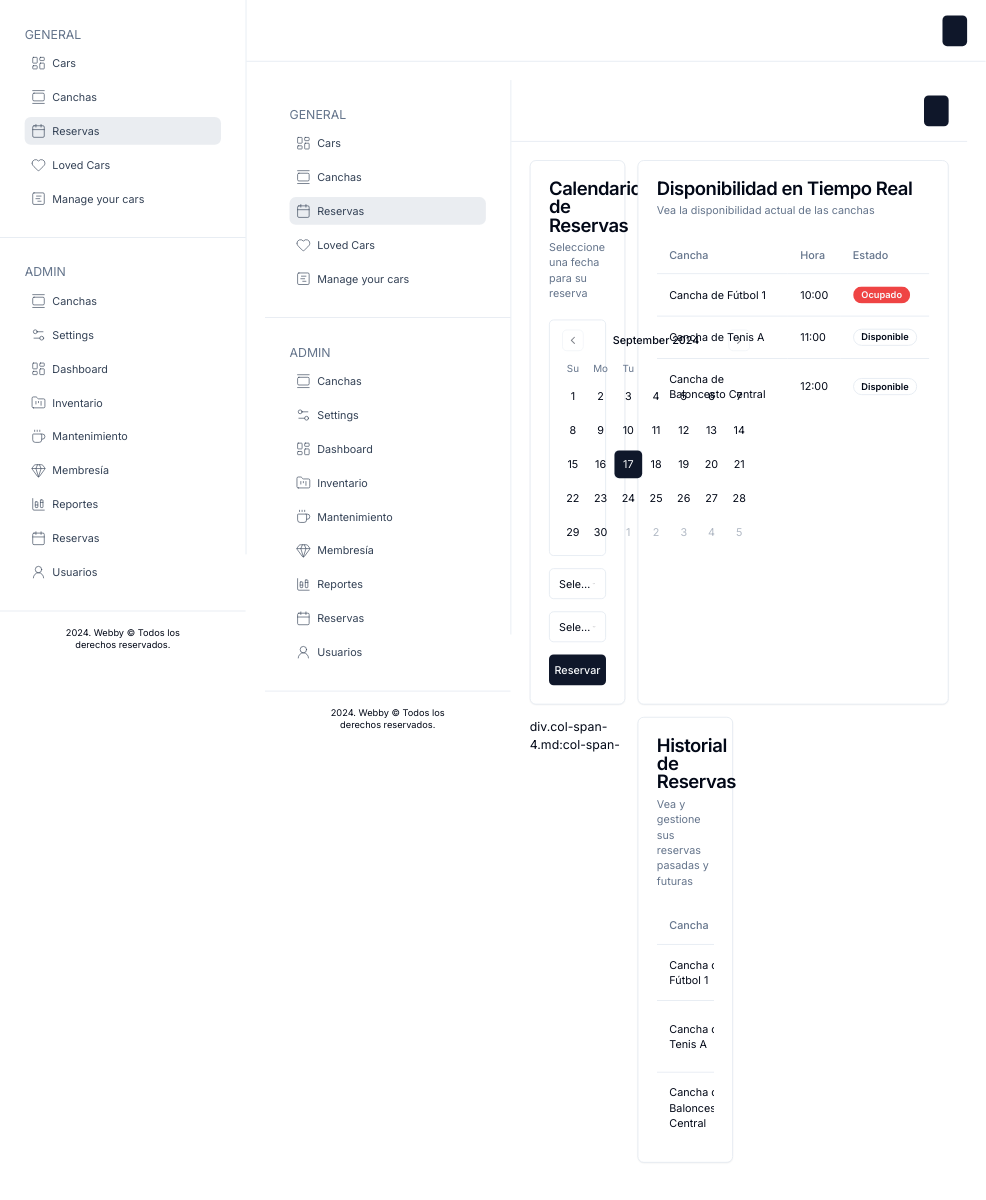
Repository: Jackson-sch/cdeporte
Page: /reservas
An editor plug-in stored every save of this project. The page is shown before and after a run of saves, followed by the edit.
The browser window is 1280 px wide. The pictures show the whole page, at 77% of full size.
The project was rebuilt for these pictures with package versions that can differ from the ones it lists, and the page was loaded fresh each time. The framework's server and built-in components were replaced by stand-ins that run in the browser. Also part of the build but not shown: next.config.mjs, src/components/ui/label.jsx, src/components/ui/input.jsx, src/components/Reservas/HistorialReserva.jsx.

Above is the page before, as saved 2024-09-17 20:10:46.

### src/app/layout.jsx
import { Inter } from "next/font/google";
import "./globals.css";
import { Toaster } from "@/components/ui/toaster";

const inter = Inter({ subsets: ["latin"] });

export const metadata = {
  title: "Create Next App",
  description: "Generated by create next app",
};

export default function RootLayout({ children }) {
  return (
    <html lang="en">
      <body className={inter.className}>
        {children}
        <Toaster />
        </body>
    </html>
  );
}

### src/app/(routes)/layout.jsx
import { NavbarDashboard } from "@/components/NavbarDashboard/NavbarDashboard";
import { Sidebar } from "@/components/Sidebar/Sidebar";




export default function LayoutDashboard({ children }) {
  return (
    <div className="flex w-full h-full">
      <div className="hidden h-full xl:block w-80 xl:fixed">
        <Sidebar />
      </div>
      <div className="w-full h-full xl:ml-80">
        <NavbarDashboard />
        <div className="p-6 h-max container">{children}</div>
      </div>
    </div>
  );
}

### src/app/(routes)/(cliente)/layout.jsx
import { NavbarDashboard } from "@/components/NavbarDashboard/NavbarDashboard";
import { Sidebar } from "@/components/Sidebar/Sidebar";




export default function LayoutDashboard({ children }) {
  return (
    <div className="flex w-full h-full">
      <div className="hidden h-full xl:block w-80 xl:fixed">
        <Sidebar />
      </div>
      <div className="w-full h-full xl:ml-80">
        <NavbarDashboard />
        <div className="p-6 h-max container">{children}</div>
      </div>
    </div>
  );
}

### src/app/(routes)/(cliente)/reservas/page.jsx
"use client";
import React, { useState } from "react";
import { Calendar } from "@/components/ui/calendar";
import {
  Card,
  CardHeader,
  CardTitle,
  CardDescription,
  CardContent,
} from "@/components/ui/card";
import {
  Select,
  SelectTrigger,
  SelectValue,
  SelectContent,
  SelectItem,
} from "@/components/ui/select";
import { Button } from "@/components/ui/button";
import {
  Dialog,
  DialogTrigger,
  DialogContent,
  DialogHeader,
  DialogTitle,
  DialogDescription,
  DialogFooter,
} from "@/components/ui/dialog";
import { Label } from "@/components/ui/label";
import { Input } from "@/components/ui/input";
import RealTimeAvailability from "@/components/Reservas/RealTimeAvailability";
import HistorialReservas from "@/components/Reservas/HistorialReserva";
import ReservationHistory from "@/components/Reservas/ReservationHistory";

export default function ReservationCalendar() {
  const [date, setDate] = useState(new Date());
  const [selectedCourt, setSelectedCourt] = useState("");
  const [selectedTime, setSelectedTime] = useState("");
  const [isDialogOpen, setIsDialogOpen] = useState(false);

  const courts = [
    "Cancha de Fútbol 1",
    "Cancha de Tenis A",
    "Cancha de Baloncesto Central",
  ];
  const times = [
    "09:00",
    "10:00",
    "11:00",
    "12:00",
    "13:00",
    "14:00",
    "15:00",
    "16:00",
    "17:00",
    "18:00",
  ];

  const handleReservation = () => {
    console.log("Reserva realizada:", { date, selectedCourt, selectedTime });
    setIsDialogOpen(false);
    // Aquí iría la lógica para enviar la reserva al servidor
  };

  return (
    <div className="grid grid-cols-1 md:grid-cols-2 lg:grid-cols-4 gap-4">
      <div className="col-span-4 md:col-span-1">
        <Card className="w-full">
          <CardHeader>
            <CardTitle>Calendario de Reservas</CardTitle>
            <CardDescription>
              Seleccione una fecha para su reserva
            </CardDescription>
          </CardHeader>
          <CardContent>
            <Calendar
              mode="single"
              selected={date}
              onSelect={setDate}
              className="rounded-md border"
            />
            <div className="mt-4">
              <Select onValueChange={setSelectedCourt}>
                <SelectTrigger>
                  <SelectValue placeholder="Seleccione una cancha" />
                </SelectTrigger>
                <SelectContent>
                  {courts.map((court) => (
                    <SelectItem key={court} value={court}>
                      {court}
                    </SelectItem>
                  ))}
                </SelectContent>
              </Select>
            </div>
            <div className="mt-4">
              <Select onValueChange={setSelectedTime}>
                <SelectTrigger>
                  <SelectValue placeholder="Seleccione una hora" />
                </SelectTrigger>
                <SelectContent>
                  {times.map((time) => (
                    <SelectItem key={time} value={time}>
                      {time}
                    </SelectItem>
                  ))}
                </SelectContent>
              </Select>
            </div>
            <Dialog open={isDialogOpen} onOpenChange={setIsDialogOpen}>
              <DialogTrigger asChild>
                <Button className="mt-4 w-full">Reservar</Button>
              </DialogTrigger>
              <DialogContent>
                <DialogHeader>
                  <DialogTitle>Confirmar Reserva</DialogTitle>
                  <DialogDescription>
                    ¿Está seguro que desea realizar esta reserva?
                  </DialogDescription>
                </DialogHeader>
                <div className="grid gap-4 py-4">
                  <div className="grid grid-cols-4 items-center gap-4">
                    <Label htmlFor="date" className="text-right">
                      Fecha
                    </Label>
                    <Input
                      id="date"
                      value={date.toLocaleDateString()}
                      className="col-span-3"
                      readOnly
                    />
                  </div>
                  <div className="grid grid-cols-4 items-center gap-4">
                    <Label htmlFor="court" className="text-right">
                      Cancha
                    </Label>
                    <Input
                      id="court"
                      value={selectedCourt}
                      className="col-span-3"
                      readOnly
                    />
                  </div>
                  <div className="grid grid-cols-4 items-center gap-4">
                    <Label htmlFor="time" className="text-right">
                      Hora
                    </Label>
                    <Input
                      id="time"
                      value={selectedTime}
                      className="col-span-3"
                      readOnly
                    />
                  </div>
                </div>
                <DialogFooter>
                  <Button onClick={handleReservation}>Confirmar Reserva</Button>
                </DialogFooter>
              </DialogContent>
            </Dialog>
          </CardContent>
        </Card>
      </div>
      <div className="col-span-4 md:col-span-3">
        <RealTimeAvailability />
      </div>
      div.col-span-4.md:col-span-
      <ReservationHistory />
    </div>
  );
}

### src/components/ui/toaster.jsx
"use client"

import {
  Toast,
  ToastClose,
  ToastDescription,
  ToastProvider,
  ToastTitle,
  ToastViewport,
} from "@/components/ui/toast"
import { useToast } from "@/components/ui/use-toast"

export function Toaster() {
  const { toasts } = useToast()

  return (
    (<ToastProvider>
      {toasts.map(function ({ id, title, description, action, ...props }) {
        return (
          (<Toast key={id} {...props}>
            <div className="grid gap-1">
              {title && <ToastTitle>{title}</ToastTitle>}
              {description && (
                <ToastDescription>{description}</ToastDescription>
              )}
            </div>
            {action}
            <ToastClose />
          </Toast>)
        );
      })}
      <ToastViewport />
    </ToastProvider>)
  );
}

### src/components/NavbarDashboard/NavbarDashboard.jsx
import { Sheet, SheetContent, SheetTrigger } from "@/components/ui/sheet";
import {Button } from "@/components/ui/button";
import { Menu } from "lucide-react";
import { SidebarRoutes } from "../SidebarRoutes/SidebarRoutes";



export function NavbarDashboard() {
  return (
    <nav className="flex items-center justify-between w-full h-20 px-2 border-b gap-x-4 md:px-6 bg-background">
      <div className="block xl:hidden">
        <Sheet>
          <SheetTrigger className="flex items-center">
            <Menu />
          </SheetTrigger>
          <SheetContent side="left">
            <SidebarRoutes />
          </SheetContent>
        </Sheet>
      </div>
      <div className="flex items-center justify-end w-full gap-x-2">
        <Button />
      </div>
    </nav>
  );
}

### src/components/Sidebar/Sidebar.jsx
import { SidebarRoutes } from "../SidebarRoutes/SidebarRoutes";


export function Sidebar() {
  return (
    <div className="h-screen">
      <div className="flex flex-col h-full border-r">
        <SidebarRoutes />
      </div>
    </div>
  );
}

### src/components/ui/card.jsx
import * as React from "react"

import { cn } from "@/lib/utils"

const Card = React.forwardRef(({ className, ...props }, ref) => (
  <div
    ref={ref}
    className={cn("rounded-lg border bg-card text-card-foreground shadow-sm", className)}
    {...props} />
))
Card.displayName = "Card"

const CardHeader = React.forwardRef(({ className, ...props }, ref) => (
  <div
    ref={ref}
    className={cn("flex flex-col space-y-1.5 p-6", className)}
    {...props} />
))
CardHeader.displayName = "CardHeader"

const CardTitle = React.forwardRef(({ className, ...props }, ref) => (
  <h3
    ref={ref}
    className={cn("text-2xl font-semibold leading-none tracking-tight", className)}
    {...props} />
))
CardTitle.displayName = "CardTitle"

const CardDescription = React.forwardRef(({ className, ...props }, ref) => (
  <p
    ref={ref}
    className={cn("text-sm text-muted-foreground", className)}
    {...props} />
))
CardDescription.displayName = "CardDescription"

const CardContent = React.forwardRef(({ className, ...props }, ref) => (
  <div ref={ref} className={cn("p-6 pt-0", className)} {...props} />
))
CardContent.displayName = "CardContent"

const CardFooter = React.forwardRef(({ className, ...props }, ref) => (
  <div
    ref={ref}
    className={cn("flex items-center p-6 pt-0", className)}
    {...props} />
))
CardFooter.displayName = "CardFooter"

export { Card, CardHeader, CardFooter, CardTitle, CardDescription, CardContent }

### src/components/ui/button.jsx
import * as React from "react"
import { Slot } from "@radix-ui/react-slot"
import { cva } from "class-variance-authority";

import { cn } from "@/lib/utils"

const buttonVariants = cva(
  "inline-flex items-center justify-center whitespace-nowrap rounded-md text-sm font-medium ring-offset-background transition-colors focus-visible:outline-none focus-visible:ring-2 focus-visible:ring-ring focus-visible:ring-offset-2 disabled:pointer-events-none disabled:opacity-50",
  {
    variants: {
      variant: {
        default: "bg-primary text-primary-foreground hover:bg-primary/90",
        destructive:
          "bg-destructive text-destructive-foreground hover:bg-destructive/90",
        outline:
          "border border-input bg-background hover:bg-accent hover:text-accent-foreground",
        secondary:
          "bg-secondary text-secondary-foreground hover:bg-secondary/80",
        ghost: "hover:bg-accent hover:text-accent-foreground",
        link: "text-primary underline-offset-4 hover:underline",
      },
      size: {
        default: "h-10 px-4 py-2",
        sm: "h-9 rounded-md px-3",
        lg: "h-11 rounded-md px-8",
        icon: "h-10 w-10",
      },
    },
    defaultVariants: {
      variant: "default",
      size: "default",
    },
  }
)

const Button = React.forwardRef(({ className, variant, size, asChild = false, ...props }, ref) => {
  const Comp = asChild ? Slot : "button"
  return (
    (<Comp
      className={cn(buttonVariants({ variant, size, className }))}
      ref={ref}
      {...props} />)
  );
})
Button.displayName = "Button"

export { Button, buttonVariants }

### src/components/Reservas/RealTimeAvailability.jsx
'use client'
import React, { useState, useEffect } from 'react'
import { Card, CardHeader, CardTitle, CardDescription, CardContent } from "@/components/ui/card"
import { Table, TableBody, TableCell, TableHead, TableHeader, TableRow } from "@/components/ui/table"
import { Badge } from "@/components/ui/badge"

export default function RealTimeAvailability() {
  const [availability, setAvailability] = useState([])

  useEffect(() => {
    // Simulación de actualización en tiempo real
    const interval = setInterval(() => {
      const newAvailability = [
        { id: 1, court: "Cancha de Fútbol 1", time: "10:00", status: Math.random() > 0.5 ? "Disponible" : "Ocupado" },
        { id: 2, court: "Cancha de Tenis A", time: "11:00", status: Math.random() > 0.5 ? "Disponible" : "Ocupado" },
        { id: 3, court: "Cancha de Baloncesto Central", time: "12:00", status: Math.random() > 0.5 ? "Disponible" : "Ocupado" },
      ]
      setAvailability(newAvailability)
    }, 5000) // Actualiza cada 5 segundos

    return () => clearInterval(interval)
  }, [])

  return (
    <Card className="w-full h-full">
      <CardHeader>
        <CardTitle>Disponibilidad en Tiempo Real</CardTitle>
        <CardDescription>Vea la disponibilidad actual de las canchas</CardDescription>
      </CardHeader>
      <CardContent>
        <Table>
          <TableHeader>
            <TableRow>
              <TableHead>Cancha</TableHead>
              <TableHead>Hora</TableHead>
              <TableHead>Estado</TableHead>
            </TableRow>
          </TableHeader>
          <TableBody>
            {availability.map((item) => (
              <TableRow key={item.id}>
                <TableCell>{item.court}</TableCell>
                <TableCell>{item.time}</TableCell>
                <TableCell>
                  <Badge variant={item.status === "Disponible" ? "success" : "destructive"}>
                    {item.status}
                  </Badge>
                </TableCell>
              </TableRow>
            ))}
          </TableBody>
        </Table>
      </CardContent>
    </Card>
  )
}

### src/components/SidebarRoutes/SidebarRoutes.jsx
"use client";

import { Separator } from "@/components/ui/separator";
import { dataAdminSidebar, dataGeneralSidebar } from "./SidebarRoute.data";
import { SidebarItem } from "./SidebarItem/SidebarItem";



export function SidebarRoutes() {

  return (
    <div className="flex flex-col justify-between h-full">
      <div>
        <div className="p-4 md:p-8">
          <p className="mb-2 text-slate-500">GENERAL</p>
          {dataGeneralSidebar.map((item) => (
            <SidebarItem key={item.label} item={item} />
          ))}
        </div>

        <Separator />

          <div className="p-4 md:p-8">
            <p className="mb-2 text-slate-500">ADMIN</p>
            {dataAdminSidebar.map((item) => (
              <SidebarItem key={item.label} item={item} />
            ))}
          </div>
      </div>

      <div>
        <Separator />

        <footer className="px-6 py-2 mt-3 text-center text-xs text-pretty">
          2024. Webby © Todos los derechos reservados.
        </footer>
      </div>
    </div>
  );
}

### src/components/ui/table.jsx
import * as React from "react"

import { cn } from "@/lib/utils"

const Table = React.forwardRef(({ className, ...props }, ref) => (
  <div className="relative w-full overflow-auto">
    <table
      ref={ref}
      className={cn("w-full caption-bottom text-sm", className)}
      {...props} />
  </div>
))
Table.displayName = "Table"

const TableHeader = React.forwardRef(({ className, ...props }, ref) => (
  <thead ref={ref} className={cn("[&_tr]:border-b", className)} {...props} />
))
TableHeader.displayName = "TableHeader"

const TableBody = React.forwardRef(({ className, ...props }, ref) => (
  <tbody
    ref={ref}
    className={cn("[&_tr:last-child]:border-0", className)}
    {...props} />
))
TableBody.displayName = "TableBody"

const TableFooter = React.forwardRef(({ className, ...props }, ref) => (
  <tfoot
    ref={ref}
    className={cn("border-t bg-muted/50 font-medium [&>tr]:last:border-b-0", className)}
    {...props} />
))
TableFooter.displayName = "TableFooter"

const TableRow = React.forwardRef(({ className, ...props }, ref) => (
  <tr
    ref={ref}
    className={cn(
      "border-b transition-colors hover:bg-muted/50 data-[state=selected]:bg-muted",
      className
    )}
    {...props} />
))
TableRow.displayName = "TableRow"

const TableHead = React.forwardRef(({ className, ...props }, ref) => (
  <th
    ref={ref}
    className={cn(
      "h-12 px-4 text-left align-middle font-medium text-muted-foreground [&:has([role=checkbox])]:pr-0",
      className
    )}
    {...props} />
))
TableHead.displayName = "TableHead"

const TableCell = React.forwardRef(({ className, ...props }, ref) => (
  <td
    ref={ref}
    className={cn("p-4 align-middle [&:has([role=checkbox])]:pr-0", className)}
    {...props} />
))
TableCell.displayName = "TableCell"

const TableCaption = React.forwardRef(({ className, ...props }, ref) => (
  <caption
    ref={ref}
    className={cn("mt-4 text-sm text-muted-foreground", className)}
    {...props} />
))
TableCaption.displayName = "TableCaption"

export {
  Table,
  TableHeader,
  TableBody,
  TableFooter,
  TableHead,
  TableRow,
  TableCell,
  TableCaption,
}

### src/components/ui/badge.jsx
import * as React from "react"
import { cva } from "class-variance-authority";

import { cn } from "@/lib/utils"

const badgeVariants = cva(
  "inline-flex items-center rounded-full border px-2.5 py-0.5 text-xs font-semibold transition-colors focus:outline-none focus:ring-2 focus:ring-ring focus:ring-offset-2",
  {
    variants: {
      variant: {
        default:
          "border-transparent bg-primary text-primary-foreground hover:bg-primary/80",
        secondary:
          "border-transparent bg-secondary text-secondary-foreground hover:bg-secondary/80",
        destructive:
          "border-transparent bg-destructive text-destructive-foreground hover:bg-destructive/80",
        outline: "text-foreground",
      },
    },
    defaultVariants: {
      variant: "default",
    },
  }
)

function Badge({
  className,
  variant,
  ...props
}) {
  return (<div className={cn(badgeVariants({ variant }), className)} {...props} />);
}

export { Badge, badgeVariants }

### src/components/SidebarRoutes/SidebarRoute.data.jsx
import {
  Calendar,
  Car,
  ChartColumnStacked,
  Coffee,
  FolderKanban,
  GalleryVertical,
  Gem,
  Heart,
  LayoutDashboard,
  Settings2,
  SquareGanttChart,
  User2,
} from "lucide-react";

export const dataGeneralSidebar = [
  {
    icon: LayoutDashboard,
    label: "Cars",
    href: "/dashboard",
  },
  {
    icon: GalleryVertical,
    label: "Canchas",
    href: "/canchas",
  },
  {
    icon: Calendar,
    label: "Reservas",
    href: "/reservas",
  },
  {
    icon: Heart,
    label: "Loved Cars",
    href: "/loved-cars",
  },
  {
    icon: SquareGanttChart,
    label: "Manage your cars",
    href: "/canchitas",
  },
];

export const dataAdminSidebar = [
  {
    icon: GalleryVertical,
    label: "Canchas",
    href: "/admin/canchas",
  },
  {
    icon: Settings2,
    label: "Settings",
    href: "/admin/configuracion",
  },
  {
    icon: LayoutDashboard,
    label: "Dashboard",
    href: "/admin/dashboard",
  },
  {
    icon: FolderKanban,
    label: "Inventario",
    href: "/admin/inventario",
  },
  {
    icon: Coffee,
    label: "Mantenimiento",
    href: "/admin/mantenimiento",
  },
  {
    icon: Gem,
    label: "Membresía",
    href: "/admin/membresia",
  },
  {
    icon: ChartColumnStacked,
    label: "Reportes",
    href: "/admin/reportes",
  },
  {
    icon: Calendar,
    label: "Reservas",
    href: "/admin/reservas",
  },
  {
    icon: User2,
    label: "Usuarios",
    href: "/admin/usuarios",
  },
];

### src/components/SidebarRoutes/SidebarItem/SidebarItem.jsx
import Link from "next/link";
import { cn } from "@/lib/utils";
import { usePathname } from "next/navigation";

export function SidebarItem({item}) {
  const { href, icon: Icon, label } = item;

  const pathname = usePathname();

  const activePath = pathname === href;

  return (
    <Link
      href={href}
      className={cn(
        `flex gap-x-2 mt-2 text-slate-700 text-sm items-center hover:bg-slate-300/20 p-2 rounded-lg cursor-pointer`,
        activePath && "bg-slate-400/20"
      )}
    >
      <Icon className="h-5 w-5" strokeWidth={1} />
      {label}
    </Link>
  );
}

Loaded but not shown: src/app/globals.css (common file); src/lib/utils.js (common file); src/components/ui/separator.jsx (common file); tailwind.config.js (common file); src/components/ui/use-toast.js (155 lines, source omitted); src/components/ui/select.jsx (122 lines, source omitted); src/components/Reservas/ReservationHistory.jsx (149 lines, source omitted); src/components/ui/toast.jsx (83 lines, source omitted); src/components/ui/sheet.jsx (109 lines, source omitted); src/components/ui/dialog.jsx (96 lines, source omitted); src/components/ui/calendar.jsx (62 lines, source omitted)

After the next 2 saves:
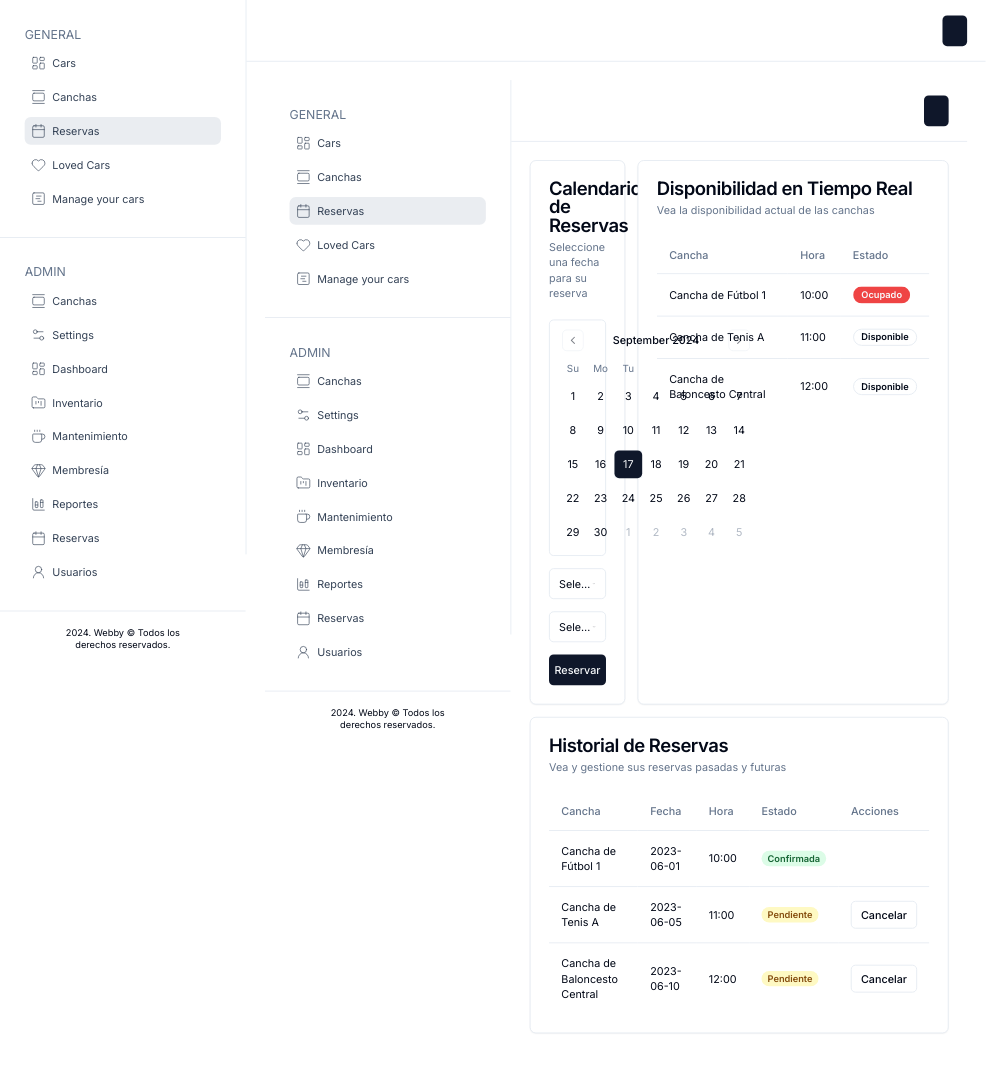
The 2 saves are shown as one change because they came seconds apart.
The last was saved 8 s later.
--- a/src/app/(routes)/(cliente)/reservas/page.jsx
+++ b/src/app/(routes)/(cliente)/reservas/page.jsx
@@ -163,8 +163,10 @@ export default function ReservationCalendar() {
       <div className="col-span-4 md:col-span-3">
         <RealTimeAvailability />
       </div>
-      div.col-span-4.md:col-span-
+      <div className="col-span-4 md:col-span-4">
+
       <ReservationHistory />
+      </div>
     </div>
   );
 }
